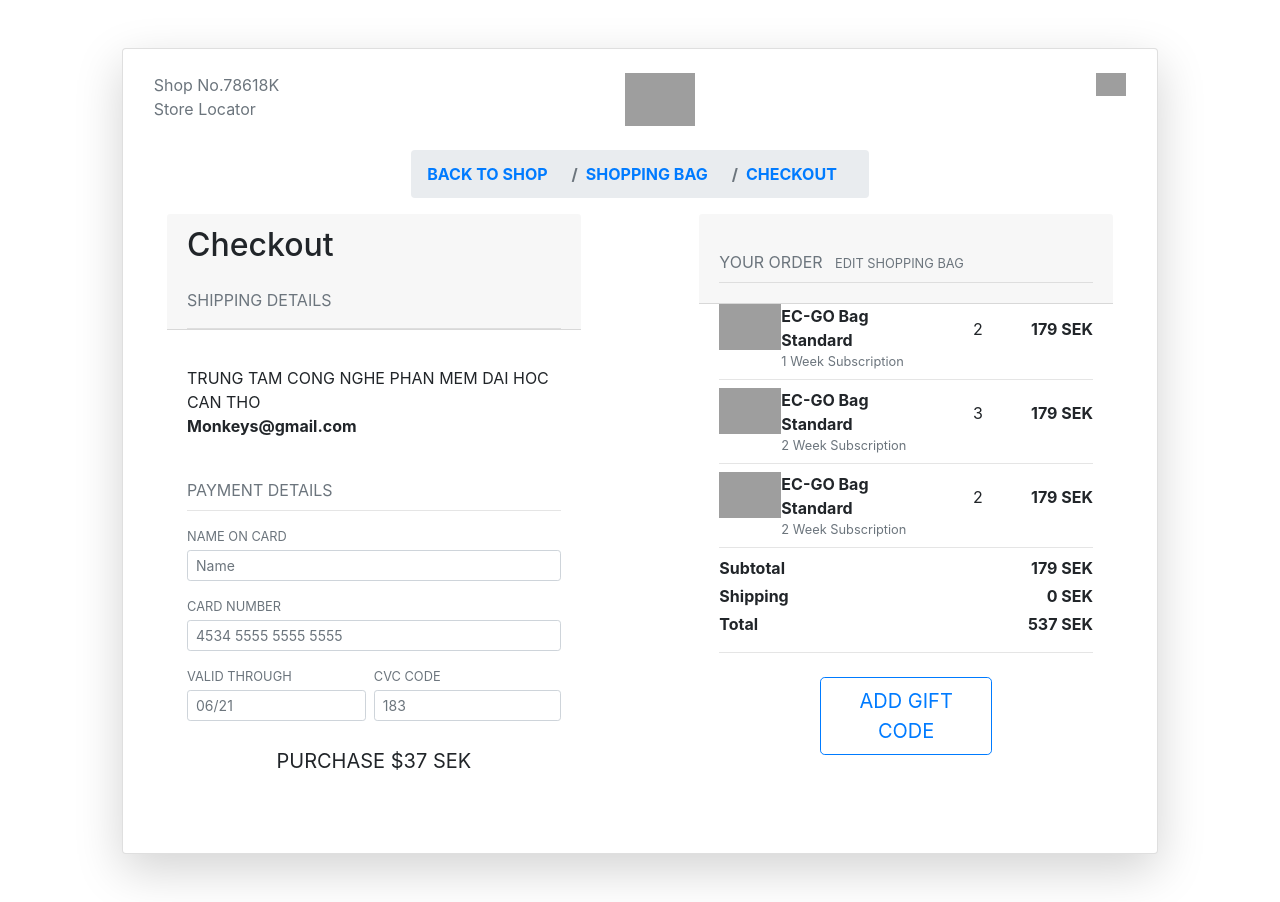
Repository: phamminhkhoa2k4/TechWiz-PlantPalace
Page: views/cart.html
An editor plug-in stored every save of this project. The page is shown before and after the next save, followed by the edit.
The browser window is 1280 px wide. The pictures show the whole page.
Pictures or frames that could not be fetched are drawn as grey boxes.

Above is the page before, as saved 2023-08-12 18:16:12.

### views/cart.html
<link rel="stylesheet" href="https://stackpath.bootstrapcdn.com/bootstrap/4.3.1/css/bootstrap.min.css">
<div class=" container-fluid my-5 ">
    <div class="row justify-content-center ">
        <div class="col-xl-10">
            <div class="card shadow-lg ">
                <div class="row p-2 mt-3 justify-content-between mx-sm-2">
                    <div class="col">
                        <p class="text-muted space mb-0 shop"> Shop No.78618K</p>
                        <p class="text-muted space mb-0 shop">Store Locator</p>
                    </div>
                    <div class="col">
                        <div class="row justify-content-start ">
                            <div class="col">
                                <img class="irc_mi img-fluid cursor-pointer " src="https://i.imgur.com/jFQo2lD.png"  width="70" height="70" >
                            </div>
                        </div>
                    </div>
                    <div class="col-auto">
                        <img class="irc_mi img-fluid bell" src="https://i.imgur.com/uSHMClk.jpg" width="30" height="30"  >
                    </div>
                </div>
                <div class="row  mx-auto justify-content-center text-center">
                    <div class="col-12 mt-3 ">
                        <nav aria-label="breadcrumb" class="second ">
                            <ol class="breadcrumb indigo lighten-6 first  ">
                                <li class="breadcrumb-item font-weight-bold "><a class="black-text text-uppercase " href="#"><span class="mr-md-3 mr-1">BACK TO SHOP</span></a><i class="fa fa-angle-double-right " aria-hidden="true"></i></li>
                                <li class="breadcrumb-item font-weight-bold"><a class="black-text text-uppercase" href="#"><span class="mr-md-3 mr-1">SHOPPING BAG</span></a><i class="fa fa-angle-double-right text-uppercase " aria-hidden="true"></i></li>
                                <li class="breadcrumb-item font-weight-bold"><a class="black-text text-uppercase active-2" href="#"><span class="mr-md-3 mr-1">CHECKOUT</span></a></li>
                            </ol>
                        </nav>
                    </div>
                </div>

                <div class="row justify-content-around">
                    <div class="col-md-5">
                        <div class="card border-0">
                            <div class="card-header pb-0">
                                <h2 class="card-title space ">Checkout</h2>
                                <p class="card-text text-muted mt-4  space">SHIPPING DETAILS</p>
                                <hr class="my-0">
                            </div>
                            <div class="card-body">
                                <div class="row justify-content-between">
                                    <div class="col-auto mt-0"><p><b></b></p>TRUNG TAM CONG NGHE PHAN MEM DAI HOC CAN THO</div>
                                    <div class="col-auto"><p><b>Monkeys@gmail.com</b> </p></div>
                                </div>
                                <div class="row mt-4">
                                    <div class="col"><p class="text-muted mb-2">PAYMENT DETAILS</p><hr class="mt-0"></div>
                                </div>
                                <div class="form-group">
                                    <label for="NAME" class="small text-muted mb-1">NAME ON CARD</label>
                                    <input type="text" class="form-control form-control-sm" name="NAME" id="NAME" aria-describedby="helpId" placeholder="Name">
                                </div>
                                <div class="form-group">
                                    <label for="NAME" class="small text-muted mb-1">CARD NUMBER</label>
                                    <input type="text" class="form-control form-control-sm" name="NAME" id="NAME" aria-describedby="helpId" placeholder="4534 5555 5555 5555">
                                </div>
                                <div class="row no-gutters">
                                    <div class="col-sm-6 pr-sm-2">
                                        <div class="form-group">
                                            <label for="NAME" class="small text-muted mb-1">VALID THROUGH</label>
                                            <input type="text" class="form-control form-control-sm" name="NAME" id="NAME" aria-describedby="helpId" placeholder="06/21">
                                        </div>
                                    </div>
                                    <div class="col-sm-6">
                                        <div class="form-group">
                                            <label for="NAME" class="small text-muted mb-1">CVC CODE</label>
                                            <input type="text" class="form-control form-control-sm" name="NAME" id="NAME" aria-describedby="helpId" placeholder="183">
                                        </div>
                                    </div>
                                </div>
                                <div class="row mb-md-5">
                                    <div class="col">
                                        <button type="button" name="" id="" class="btn  btn-lg btn-block ">PURCHASE $37 SEK</button>
                                    </div>
                                </div>
                            </div>
                        </div>
                    </div>
                    <div class="col-md-5">
                        <div class="card border-0 ">
                            <div class="card-header card-2">
                                <p class="card-text text-muted mt-md-4  mb-2 space">YOUR ORDER <span class=" small text-muted ml-2 cursor-pointer">EDIT SHOPPING BAG</span> </p>
                                <hr class="my-2">
                            </div>
                            <div class="card-body pt-0">
                                <div class="row  justify-content-between">
                                    <div class="col-auto col-md-7">
                                        <div class="media flex-column flex-sm-row">
                                            <img class=" img-fluid" src="https://i.imgur.com/6oHix28.jpg" width="62" height="62">
                                            <div class="media-body  my-auto">
                                                <div class="row ">
                                                    <div class="col-auto"><p class="mb-0"><b>EC-GO Bag Standard</b></p><small class="text-muted">1 Week Subscription</small></div>
                                                </div>
                                            </div>
                                        </div>
                                    </div>
                                    <div class=" pl-0 flex-sm-col col-auto  my-auto"> <p class="boxed-1">2</p></div>
                                    <div class=" pl-0 flex-sm-col col-auto  my-auto "><p><b>179 SEK</b></p></div>
                                </div>
                                <hr class="my-2">
                                <div class="row  justify-content-between">
                                    <div class="col-auto col-md-7">
                                        <div class="media flex-column flex-sm-row">
                                            <img class=" img-fluid " src="https://i.imgur.com/9MHvALb.jpg" width="62" height="62">
                                            <div class="media-body  my-auto">
                                                <div class="row ">
                                                    <div class="col"><p class="mb-0"><b>EC-GO Bag Standard</b></p><small class="text-muted">2 Week Subscription</small></div>
                                                </div>
                                            </div>
                                        </div>
                                    </div>
                                    <div class="pl-0 flex-sm-col col-auto  my-auto"> <p class="boxed">3</p></div>
                                    <div class="pl-0 flex-sm-col col-auto my-auto"><p><b>179 SEK</b></p></div>
                                </div>
                                <hr class="my-2">
                                <div class="row  justify-content-between">
                                    <div class="col-auto col-md-7">
                                        <div class="media flex-column flex-sm-row">
                                            <img class=" img-fluid " src="https://i.imgur.com/6oHix28.jpg" width="62" height="62">
                                            <div class="media-body  my-auto">
                                                <div class="row ">
                                                    <div class="col"><p class="mb-0"><b>EC-GO Bag Standard</b></p><small class="text-muted">2 Week Subscription</small></div>
                                                </div>
                                            </div>
                                        </div>
                                    </div>
                                    <div class="pl-0 flex-sm-col col-auto  my-auto"> <p class="boxed-1">2</p></div>
                                    <div class="pl-0 flex-sm-col col-auto my-auto"><p><b>179 SEK</b></p></div>
                                </div>
                                <hr class="my-2">
                                <div class="row ">
                                    <div class="col">
                                        <div class="row justify-content-between">
                                            <div class="col-4"><p class="mb-1"><b>Subtotal</b></p></div>
                                            <div class="flex-sm-col col-auto"><p class="mb-1"><b>179 SEK</b></p></div>
                                        </div>
                                        <div class="row justify-content-between">
                                            <div class="col"><p class="mb-1"><b>Shipping</b></p></div>
                                            <div class="flex-sm-col col-auto"><p class="mb-1"><b>0 SEK</b></p></div>
                                        </div>
                                        <div class="row justify-content-between">
                                            <div class="col-4"><p ><b>Total</b></p></div>
                                            <div class="flex-sm-col col-auto"><p  class="mb-1"><b>537 SEK</b></p> </div>
                                        </div><hr class="my-0">
                                    </div>
                                </div>
                                <div class="row mb-5 mt-4 ">
                                    <div class="col-md-7 col-lg-6 mx-auto"><button type="button" class="btn btn-block btn-outline-primary btn-lg">ADD GIFT CODE</button></div>
                                </div>
                            </div>
                        </div>
                    </div>
                </div>
            </div>
        </div>
    </div>
</div>

After the next save:
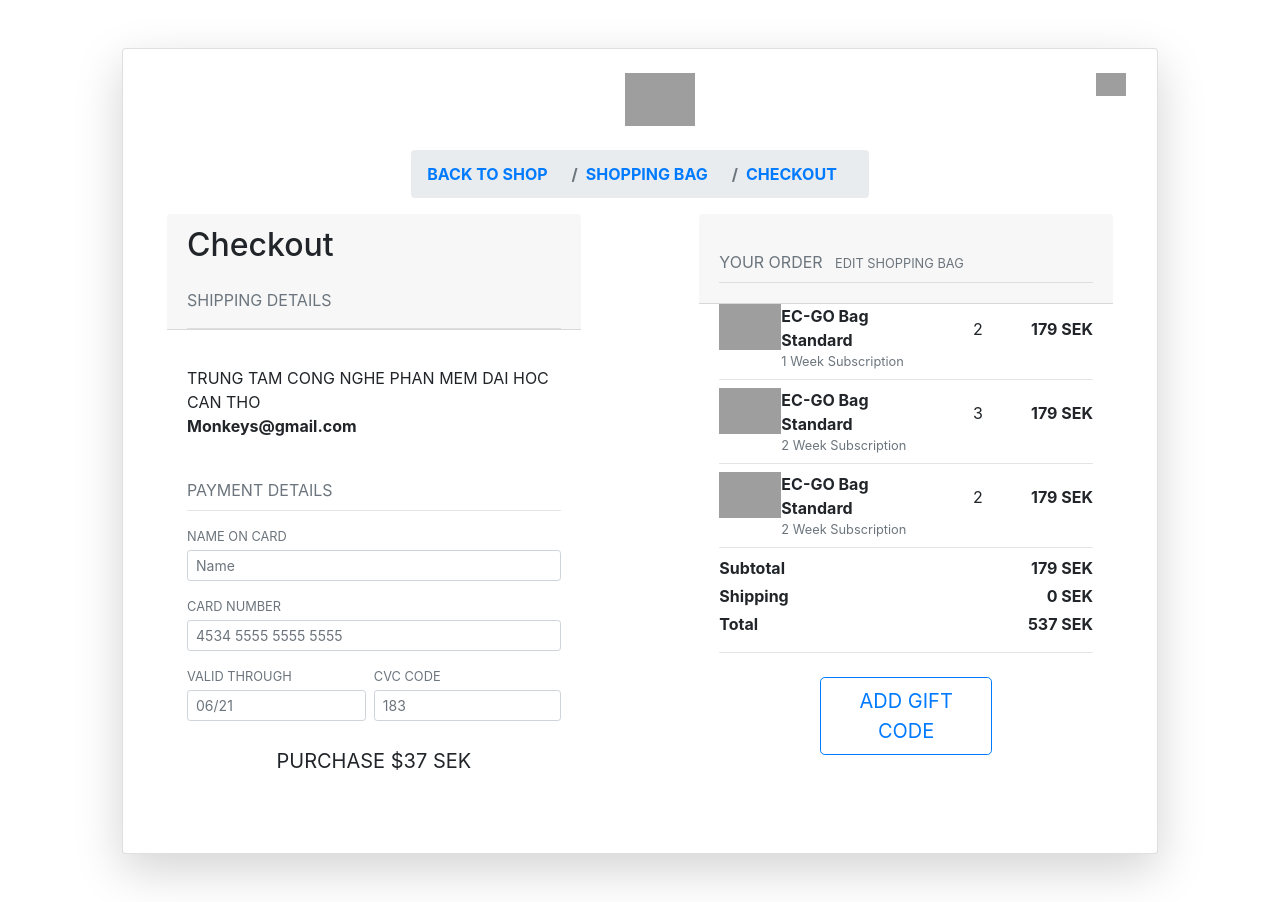
Saved 40 s later.
--- a/views/cart.html
+++ b/views/cart.html
@@ -5,8 +5,7 @@
             <div class="card shadow-lg ">
                 <div class="row p-2 mt-3 justify-content-between mx-sm-2">
                     <div class="col">
-                        <p class="text-muted space mb-0 shop"> Shop No.78618K</p>
-                        <p class="text-muted space mb-0 shop">Store Locator</p>
+
                     </div>
                     <div class="col">
                         <div class="row justify-content-start ">
